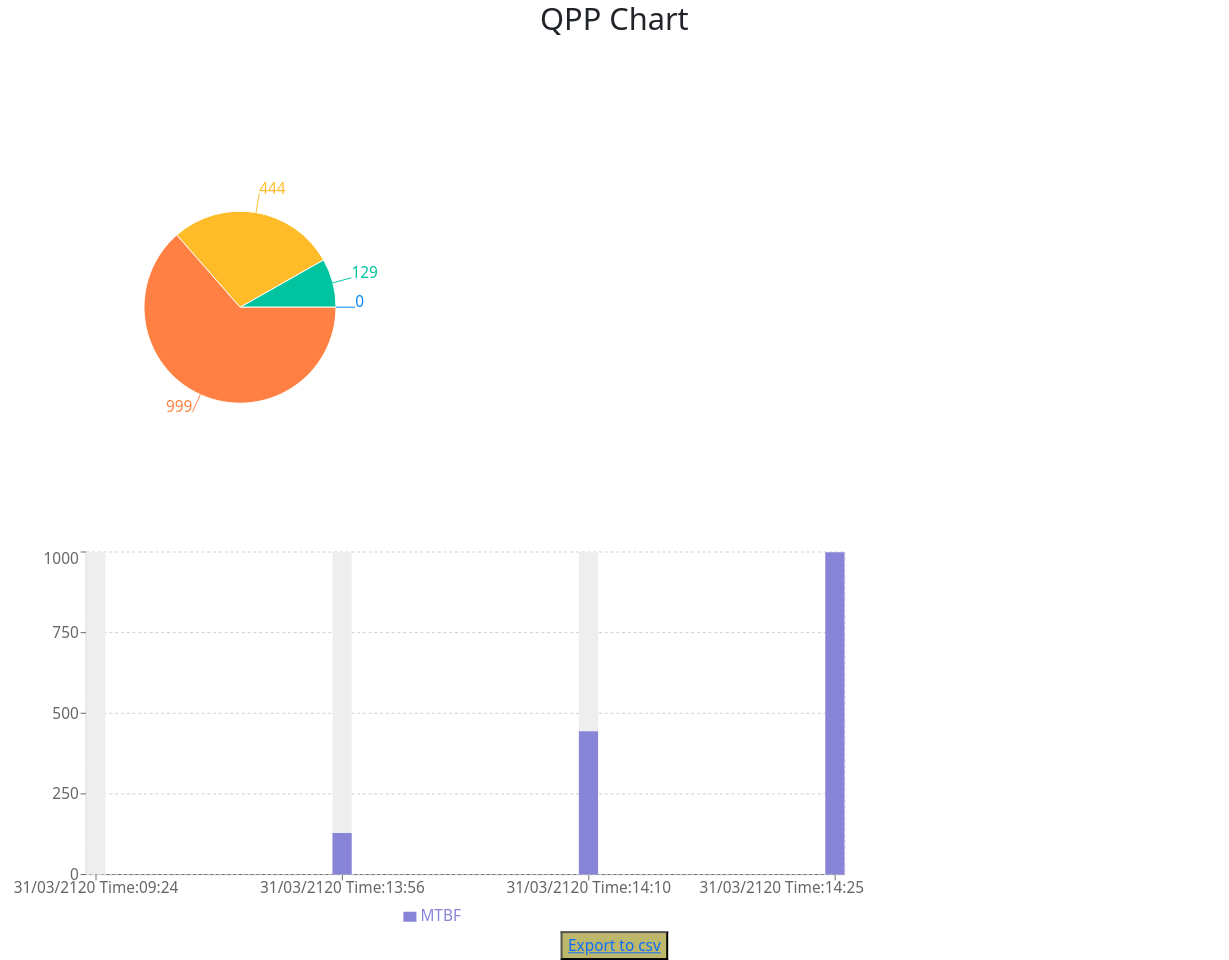
Repository: exiled-kal/ReactChartPrac
Page: /
An editor plug-in stored every save of this project. The page is shown before and after the next save, followed by the edit.
The browser window is 1280 px wide. The pictures show the whole page, at 96% of full size.
The project was rebuilt for these pictures with package versions that can differ from the ones it lists, and the page was loaded fresh each time.

Above is the page before, as saved 2021-04-18 20:02:00.

### src/App.js
import './App.css';
import {CSVLink} from 'react-csv';

import {
  PieChart,
  Pie,
  Tooltip,
  BarChart,
  Bar,
  XAxis,
  YAxis,
  CartesianGrid,
  Legend,
  Cell,
} from 'recharts';

const data = [
  {
    StartDateTime: '31/03/2120 Time:09:24',
    SystemUpTime: 6,
    OperationTime: 0,
    DownTime: 0,
    IdleTime: 0,
    MTBF: 0,
    MTBA: 0,
    TotalQuantityIn: 0,
    TotalQuantityOut: 0,
    TotalPassed: 0,
    TotalFailed: 0,
    TotalYield: 0,
    SoftJam: 0,
    HardJam: 0,
    SprintUPH: 514,
  },
  {
    LotID: 'QPP_Test',
    ProductType: 'RB',
    StartDateTime: '31/03/2120 Time:13:56',
    SystemUpTime: 499,
    OperationTime: 129,
    DownTime: 0,
    IdleTime: 364,
    MTBF: 129,
    MTBA: 129,
    TotalQuantityIn: 33,
    TotalQuantityOut: 12,
    TotalPassed: 2,
    TotalFailed: 10,
    TotalYield: 16,
    SoftJam: 0,
    HardJam: 0,
    SprintUPH: 514,
  },
  {
    LotID: 'QPP_Test',
    ProductType: 'RB',
    StartDateTime: '31/03/2120 Time:14:10',
    SystemUpTime: 1481,
    OperationTime: 444,
    DownTime: 0,
    IdleTime: 1028,
    MTBF: 444,
    MTBA: 444,
    TotalQuantityIn: 33,
    TotalQuantityOut: 28,
    TotalPassed: 4,
    TotalFailed: 24,
    TotalYield: 14,
    SoftJam: 0,
    HardJam: 0,
    SprintUPH: 514,
  },
  {
    LotID: 'QPP_Test',
    ProductType: 'RB',
    StartDateTime: '31/03/2120 Time:14:25',
    SystemUpTime: 2680,
    OperationTime: 999,
    DownTime: 0,
    IdleTime: 1581,
    MTBF: 999,
    MTBA: 999,
    TotalQuantityIn: 33,
    TotalQuantityOut: 170,
    TotalPassed: 61,
    TotalFailed: 109,
    TotalYield: 35,
    SoftJam: 0,
    HardJam: 0,
    SprintUPH: 514,
  },
];

const COLORS = ['#0088FE', '#00C49F', '#FFBB28', '#FF8042', '#ff0000'];

const csvReport = {
  filename: './data/data.csv',
  data: data,
};

function App() {
  return (
    <div style={{textAlign: 'center'}}>
      <h2>QPP Chart</h2>

      <br />
      <div className="App">
        <PieChart width={500} height={500}>
          <h5>PieChart Of QPP</h5>
          <Pie
            dataKey="MTBF"
            isAnimationActive={true}
            data={data}
            cx="50%"
            cy="50%"
            outerRadius={100}
            fill="#8884d8"
            label="Start Date Time"
          >
            {data.map((entry, index) => (
              <Cell
                key={`cell-${index}`}
                fill={COLORS[index % COLORS.length]}
              />
            ))}
          </Pie>
          <Tooltip />
        </PieChart>
        <BarChart
          width={900}
          height={400}
          data={data}
          margin={{
            top: 5,
            right: 20,
            left: 30,
            bottom: 5,
          }}
          barSize={20}
        >
          <XAxis
            dataKey="StartDateTime"
            scale="point"
            padding={{left: 10, right: 10}}
          />

          <YAxis />
          <Tooltip />
          <Legend />
          <CartesianGrid strokeDasharray="3 3" />
          <Bar dataKey="MTBF" fill="#8884d8" background={{fill: '#eee'}} />
        </BarChart>
      </div>
      <button className="csv__button">
        <CSVLink {...csvReport}>Export to csv</CSVLink>
      </button>
    </div>
  );
}

export default App;

### src/App.css
.App {
  text-align: center;
  /* display: flex; */
  justify-content: space-around;
  align-items: center;
  background-color: #ffff;
}

.csv__button {
  background-color: darkkhaki;
  color: #ffff;
}

.csv__button:hover {
  color: darkkhaki;
  background-color: #ffff;
  text-decoration: none;
}

Loaded but not shown: public/index.html (common file); src/index.js (common file); src/index.css (common file); src/reportWebVitals.js (common file)

After the next save:
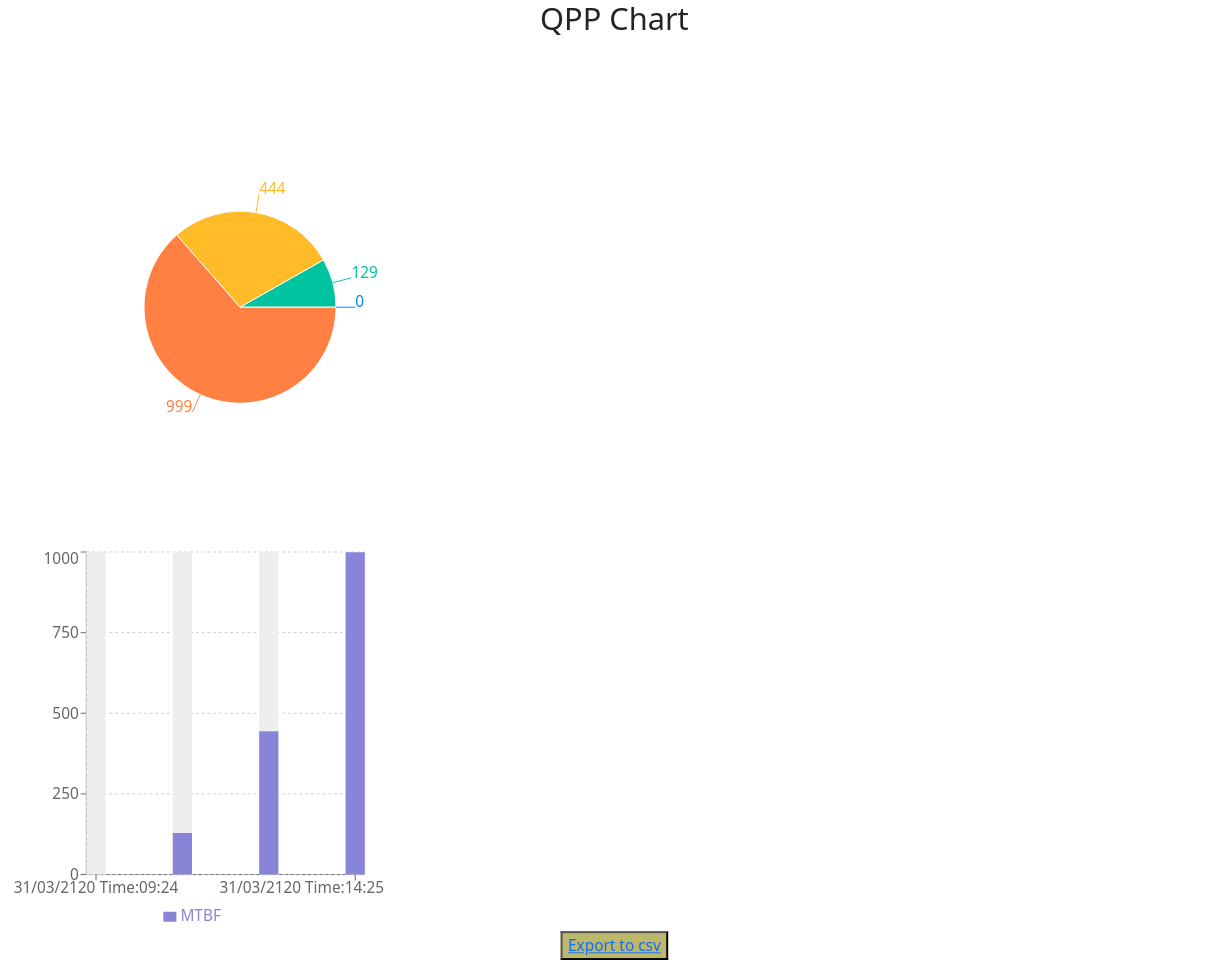
Saved 25 s later.
--- a/src/App.js
+++ b/src/App.js
@@ -127,7 +127,7 @@ function App() {
           <Tooltip />
         </PieChart>
         <BarChart
-          width={900}
+          width={400}
           height={400}
           data={data}
           margin={{
